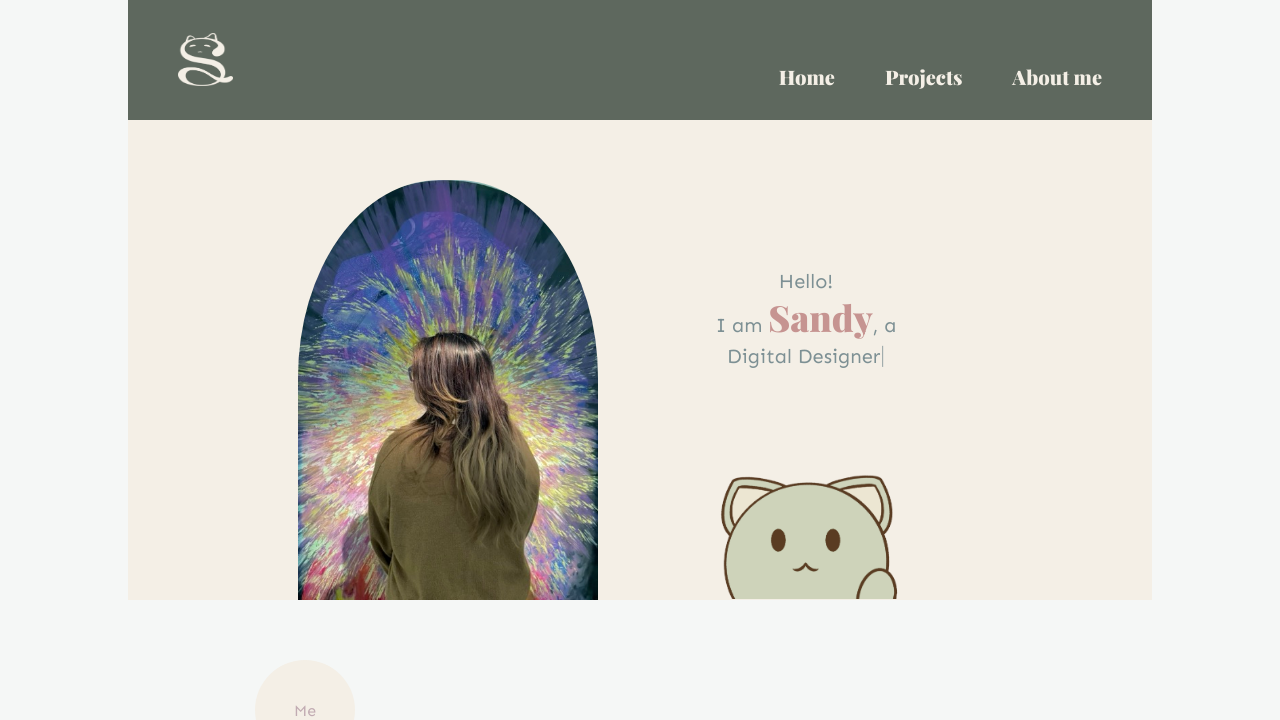
Repository: SandyLy453/portfolio
Page: /
The author's editor kept a copy of each file at every save. The page is drawn from the files as they stood at one save, then again after the next save.
The browser window is 1280 px wide. The pictures show the whole page.
Pictures or frames that could not be fetched are drawn as grey boxes. An inner scrolling area shows only its first screen. The project was rebuilt for these pictures with package versions that can differ from the ones it lists, and the page was loaded fresh each time. The framework's server and built-in components were replaced by stand-ins that run in the browser. Also part of the build but not shown: next.config.mjs, modules/Footer/Footer.module.css, modules/Footer/Footer.js, modules/ProjectCard/ProjectCard.module.css, modules/ProjectCard/Projectcard.js.

Above is the page before, as saved 2025-02-13 18:18:24.

### pages/_app.js
import { useEffect } from "react";
import { useRouter } from "next/router";
import { Playfair_Display, Sen } from 'next/font/google';
import '../styles/globals.css';

const playfairDisplay = Playfair_Display({
  weight: ['400', '900'],
  style: ['normal', 'italic'],
  subsets: ['latin'],
});

const sen = Sen({
  weight: ['400', '700', '800'],
  subsets: ['latin'],
});

export default function App({ Component, pageProps }) {

  const router = useRouter();

  useEffect(() => {
    const handleRouteChangeComplete = (url) => {
        if (url.startsWith("/projects")) {
            window.location.reload();
        } else if (url.startsWith("/project")) {
          window.location.reload();
        }
    };

    router.events.on("routeChangeComplete", handleRouteChangeComplete);

    return () => {
        router.events.off("routeChangeComplete", handleRouteChangeComplete);
    };
}, [router]);


  return (
    <main className={`${playfairDisplay.className} ${sen.className}`}>
      <Component {...pageProps} />
    </main>
  )
}

### pages/_document.js
import { Html, Head, Main, NextScript } from "next/document";


export default function Document() {
  return (
    <Html lang="en">
      <Head>
        <title>San San's Tea Room</title>
        <link rel="icon" href="/favicon.ico" />

        <link rel="preconnect" href="https://fonts.googleapis.com" />
        <link rel="preconnect" href="https://fonts.gstatic.com" crossorigin="anonymous" />
        <link
          href="https://fonts.googleapis.com/css2?family=Playfair+Display:wght@400;900&family=Sen:wght@400;700;800&display=swap"
          rel="stylesheet"
        />
      </Head>
      <body>
        <Main />
        <NextScript />
      </body>
    </Html>
  );
}

### pages/index.js
import Image from "next/image";
import Link from "next/link";
import styles from "@/styles/Home.module.css";
import { useState, useEffect } from "react";
import Header from "@/modules/Header/Header";
import Footer from "@/modules/Footer/Footer";
import ProjectCard from "@/modules/ProjectCard/Projectcard";
import ShowCase from "@/modules/ShowCase/ShowCase";

export default function Home() {

  const projects = [
    {
      photos: ["/aether-cover.png"],
      alt: "Aether cover",
      title: "Aether",
      description: "Case Study - A AI-powered form-filling app",
      date: "September 2024 - December 2024",
      link: "/projects/Aether",
    },
    {
      photos: ["/post1.png", "/post2.png", "/post3.png"],
      alt: "Poster slides show",
      title: "Poster design",
      description:
        "Product design - Series of posters based on the anime/ manga Detective Conan.",
      date: "December 2024",
      link: "/projects/Poster",
    },
    {
      photos: ["/can1.png", "/can2.png", "/can3.png"],
      alt: "Can design slide show",
      title: "DiLo Tea Can",
      description: "Product design - Tea Can",
      date: "November 2024",
      link: "/projects/CanDesign",
    },
    {
      photos: ["/mockup2.png"],
      alt: "Magazine cover",
      title: "Magazine",
      description: "Magazine design - An architectural magazine",
      date: "November 2024",
      link: "/projects/Magazine",
    },
    {
      photos: ["/clotho.png"],
      alt: "Clotho app",
      title: "Clotho",
      description: "Clotho - A closet organize app",
      date: "March 2024 - May 2024",
      link: "/projects/Clotho",
    },
    {
      photos: ["/cam.png"],
      alt: "Camera vector graphic",
      title: "Mechanical Object Vector Graphic",
      description: "Using vector to draw mechanical objects",
      date: "December 2023",
      link: "/projects/MechanicalObject",
    },
  ];

  const [visibleProjects, setVisibleProjects] = useState(6);

  const roles = ["UX/UI Designer", "Digital Designer", "Web Developer"];
  const [text, setText] = useState("");
  const [index, setIndex] = useState(0);
  const [charIndex, setCharIndex] = useState(0);
  const [deleting, setDeleting] = useState(false);

  useEffect(() => {
    const currentRole = roles[index];

    let timeout;

    if (deleting) {
      timeout = setTimeout(() => {
        setText(currentRole.substring(0, charIndex - 1));
        setCharIndex((prev) => prev - 1);
      }, 50);
    } else {
      timeout = setTimeout(() => {
        setText(currentRole.substring(0, charIndex + 1));
        setCharIndex((prev) => prev + 1);
      }, 100);
    }

    if (!deleting && charIndex === currentRole.length) {
      setTimeout(() => setDeleting(true), 1000);
    } else if (deleting && charIndex === 0) {
      setDeleting(false);
      setIndex((prevIndex) => (prevIndex + 1) % roles.length);
    }

    return () => clearTimeout(timeout);
  }, [charIndex, deleting, index, roles]);

  return (
    <>
      <Header/>

      <main className={styles.main}>
        <div className={styles.top}>
          <div className={styles.image}>
            <Image src={'/cover.jpeg'} alt="cover photo" className={styles.coverPhoto} width={300} height={420} />
          </div>

          <div className={styles.info}>
            <p className={styles.role}>Hello!</p>
            <p className={styles.role}>I am <span className={styles.name}>Sandy</span>, a</p>
            <p className={styles.role}>
              {text}
              <span className={styles.cursor}>|</span>
            </p>
            <Image src={'/hi.GIF'} alt="greeting gif" className={styles.gif} width={294} height={129} />
          </div>
        </div>

        <ShowCase/>

        <div className={styles.sectionBreaker}>
          <span> Contact </span>
        </div>

        <div className={styles.bottom}>

        </div>


        <br/>

      </main>
    </>
  );
}

### styles/globals.css
:root {
  --mauveMorn: #ecd6d6;
  --mauveShadow: #B59BA6;
  --moss: #5E7975;
  --brightWhite: #f5f7f6;
  --white: #fff;

  --spaBlue: #D3DEDF;
  --forest: #5E685E;
  --midnight: #3D4D55;
  --stormCloud: #676767;
  --cream: #f4EFE6;
  --cloud: #FEFCF6;
}

html,
body {
  padding: 0;
  margin: 0;
  background-color: #f5f7f6;
  width: 100vw;
  height: 100vh;
  overflow-x: hidden;
  scroll-behavior: auto;

  font-family: "Playfair Display", serif;
  font-optical-sizing: auto;
  color: var(--stormCloud);
  cursor: url('/hehe.webp') 16 16, auto;
}

header {
  margin: 0;
  padding: 0;
  box-sizing: border-box;
}

* {
  margin: 0;
  padding: 0;
  box-sizing: border-box; /* Reset styles for all elements */
}

h1, h2, h3, h4, h5, span {
  font-family: "Playfair Display", serif;
}

a, button {
  cursor: url('/haha.webp') 16 16, pointer;
}

### styles/Home.module.css
.page {
  margin: 0;
  padding: 0;
}

.main {
  min-height: 100vh;
  width: 70vw;
  margin: auto;
  margin-top: 0;
  margin-top: 120px;
}

.top {
  width: 100%;
  min-height: 480px;
  background-color: var(--cream);
  align-items: center;
  display: flex;
  flex-direction: row;
  padding: 0;
  flex-wrap: wrap;
  justify-content: center;
}

.coverPhoto {
  border-radius: 47% 47% 0 0;
  margin: 0 6rem;
  position: relative;
  bottom: -30px;
}

.info {
  text-align: center;
  margin-top: 100px;
  width: 30vw;
}

.name {
  font-size: 54px;
  color: #C69491;
  font-weight: 600;
  font-family: "Playfair Display", serif;
}

.role {
  font-size: 44px;
  color: #7D9094;
  font-weight: 500;
}

.loca {
  font-size: 20px;
  color: #7D9094;
  padding-top: 10px;
}

.gif {
  position: relative;
  bottom: -36px;
}


.sectionBreaker {
  display: flex;
  align-items: center;
  justify-content: center;
  margin: 40px 0;
  position: relative;
}

.sectionBreaker::before,
.sectionBreaker::after {
  content: "";
  flex: 1;
  height: 2px;
  background: #d3d3d3;
  margin: 0;
}

.sectionBreaker span {
  color: #7D9094;
  margin: 0 10px;
  font-size: 20px;
  font-style: italic;
}

.pjSection {
  display: flex;
  flex-direction: row;
  flex-wrap: wrap;
  justify-content:space-between;
  align-items: flex-start;
  margin: 0 auto;
  margin-bottom: 50px;
  gap: 1rem;
  max-width: 1350px;
}




@media screen and (max-width: 1460px) {
  .pjSection {
    gap: 20px;
  }

  .main {
    width: 80vw;
  }

  .coverPhoto {
    margin: 0 1rem;
    bottom: -32px;
  }

  .info {
    margin-top: 50px;
  }

  .gif {
    bottom: -6.4rem;
  }

  .name {
    font-size: 36px;
  }

  .role {
    font-size: 20px;
  }

  .loca {
    font-size: 18px;
  }

  .pjSection {
    gap: 15px;
    justify-content: center;
  }
}



@media screen and (max-width: 768px) {
  .main {
    width: 100vw;
  }

  .coverPhoto {
    margin: 0 auto;
    bottom: -20px;
    width: 70vw;
    height: auto;
  }

  .info {
    margin-top: 50px;
    width: 90vw;
  }

  .name {
    font-size: 36px;
  }

  .role {
    font-size: 20px;
  }

  .loca {
    font-size: 18px;
  }

  .pjSection {
    gap: 15px;
    justify-content: center;
  }

  .gif {
    position: relative;
    bottom: -4px;
    margin-top: 10px;
  }
}

### modules/Header/Header.js
import Image from "next/image";
import Link from "next/link";
import styles from './Header.module.css'
import { useRef } from "react";

export default function Header () {
    const audioRef = useRef(null);

    const playSound = () => {
        if (audioRef.current) {
            audioRef.current.currentTime = 0;
            audioRef.current.play().catch(error => console.log("Audio playback error:", error));
        }
    };

    return (
        <header className={styles.header}>
            <div className={styles.logo}>
                <Link href={'/'}>
                    <Image
                        src={'/logo.png'}
                        alt="logo"
                        className={styles.logo}
                        width={55}
                        height={53}
                        onMouseEnter={playSound}
                    />
                </Link>
            </div>

            <div className={styles.menu}>
                <p className={styles.menuOption}><Link href={'/'} className={styles.link}>Home</Link></p>
                <p className={styles.menuOption}><Link href={'/project'} className={styles.link}>Projects</Link></p>
                <p className={styles.menuOption}><Link href={'/about'} className={styles.link}>About me</Link></p>
            </div>

            <audio ref={audioRef} src="/cat.wav" preload="auto"></audio>
        </header>
    )
}

### modules/ShowCase/ShowCase.js
import Image from "next/image";
import { useState, useEffect, useRef } from "react";
import styles from './ShowCase.module.css';
import Link from "next/link";

export default function ShowCase() {
    const tags = ["Me", "UX/UI", "Graphic", "Other"];
    const images = {
        "Me": "/card-holder.png",
        "UX/UI": "/ava.png",
        "Graphic": "/card-holder.png",
        "Other": "/ava.png",
    };

    const [activeTag, setActiveTag] = useState(tags[0]);
    const [isFading, setIsFading] = useState(false);
    const [isPaused, setIsPaused] = useState(false);
    const intervalRef = useRef(null);

    const startLoop = () => {
        clearInterval(intervalRef.current);
        intervalRef.current = setInterval(() => {
            setIsFading(true);
            setTimeout(() => {
                setActiveTag((prevTag) => {
                    const currentIndex = tags.indexOf(prevTag);
                    return tags[(currentIndex + 1) % tags.length];
                });
                setIsFading(false);
            }, 1000);
        }, 4000);
    };

    useEffect(() => {
        if (!isPaused) startLoop();
        return () => clearInterval(intervalRef.current);
    }, [isPaused]);

    useEffect(() => {
        startLoop();
        return () => clearInterval(intervalRef.current);
    }, []);

    const handlePause = (tag) => {
        clearInterval(intervalRef.current);
        setIsPaused(true);
        setActiveTag(tag);
        setIsFading(false);
    };

    const handleResume = () => {
        setIsPaused(false);
    };

    return (
        <div className={styles.container}>
            <div className={styles.tagBox}>
                {tags.map((tag) => (
                    <div
                        key={tag}
                        className={`${styles.tag} ${activeTag === tag ? styles.active : ""}`}
                        onMouseEnter={() => handlePause(tag)}
                        onMouseLeave={handleResume}
                        onTouchStart={() => handlePause(tag)}
                        onTouchEnd={handleResume}
                    >
                        <p>{tag}</p>
                    </div>
                ))}
            </div>

            <div className={styles.right}>
                <div className={styles.photoBox}>
                    <Image
                        key={activeTag}
                        src={images[activeTag]}
                        alt={activeTag}
                        width={600}
                        height={460}
                        className={`${styles.photo} ${isFading ? styles.fadeOut : styles.fadeIn}`}
                    />
                </div>

                <div className={styles.loadMoreContainer}>
                    <Link
                        href="/project"
                        className={styles.loadMoreButton}
                        scroll={true}
                    >
                        <button className={styles.loadMoreButton}>
                            More Projects
                        </button>
                    </Link>
                </div>
            </div>

        </div>
    );
}

### modules/Header/Header.module.css
.header {
    margin:0;
    margin-left: auto;
    margin-right: auto;
    width: 70vw;
    height: 120px;
    background-color: var(--forest);
    padding: 20px 50px ;
    padding-bottom: 30px;

    display: flex;
    flex-direction: row;
    justify-content: space-between;
    align-items: flex-end;
    position: fixed;
    right: 15vw;
    top: 0;
    z-index: 999;
}

.menu {
    display: flex;
    flex-direction: row;
    gap: 50px;
}

.menuOption {
    font-size: 20px;
    font-weight: 600;
}

.link {
    text-decoration: none;
    color: var(--cream);
    font-family: "Playfair Display", serif;
}

.link:hover {
    color: var(--midnight);
}


@media screen and (max-width: 1460px) {
    .header {
        width: 80vw;
        right: 10vw;
    }
}

@media screen and (max-width: 768px) {
    .header {
        width: 100vw;
        right: 0;
    }
}

### modules/ShowCase/ShowCase.module.css
.container {
    margin: auto;
    margin-top: 50px;
    display: flex;
    flex-direction: row;
    justify-content: center;
    align-items: center;
    gap: 30px;
}

.tagBox {
    display: flex;
    justify-content: center;
    align-items: center;
    flex-direction: column;
}

.tag, .active {
    width: 100px;
    height: 100px;
    background-color: var(--cream);
    border-radius: 50%;
    display: flex;
    justify-content: center;
    align-items: center;
    margin: 10px;
    cursor: url('/haha.webp') 16 16, pointer;
    transition: background-color 0.3s ease-in-out, transform 0.2s ease-in-out;
}

.tag:hover, .active {
    background-color: var(--forest);
    transform: scale(1.05);
}

.tag p, .active p {
    color: var(--mauveShadow);
    opacity: 80%;
}

.tag:hover p, .active p {
    color: var(--mauveMorn);
    opacity: 100%;
}

.photoBox {
    width: 50vw;
    max-width: 1000px;
    aspect-ratio: 20 / 9;
    position: relative;
    display: flex;
    align-items: center;
    justify-content: center;
    overflow: hidden;
}

.photo {
    width: 100%;
    height: 100%;
    border-radius: 20px;
    object-fit: cover;
    position: absolute;
    transition: opacity 0.5s ease-in-out;
}


.fadeIn {
    opacity: 1;
}

.fadeOut {
    opacity: 0;
}

After the next save:
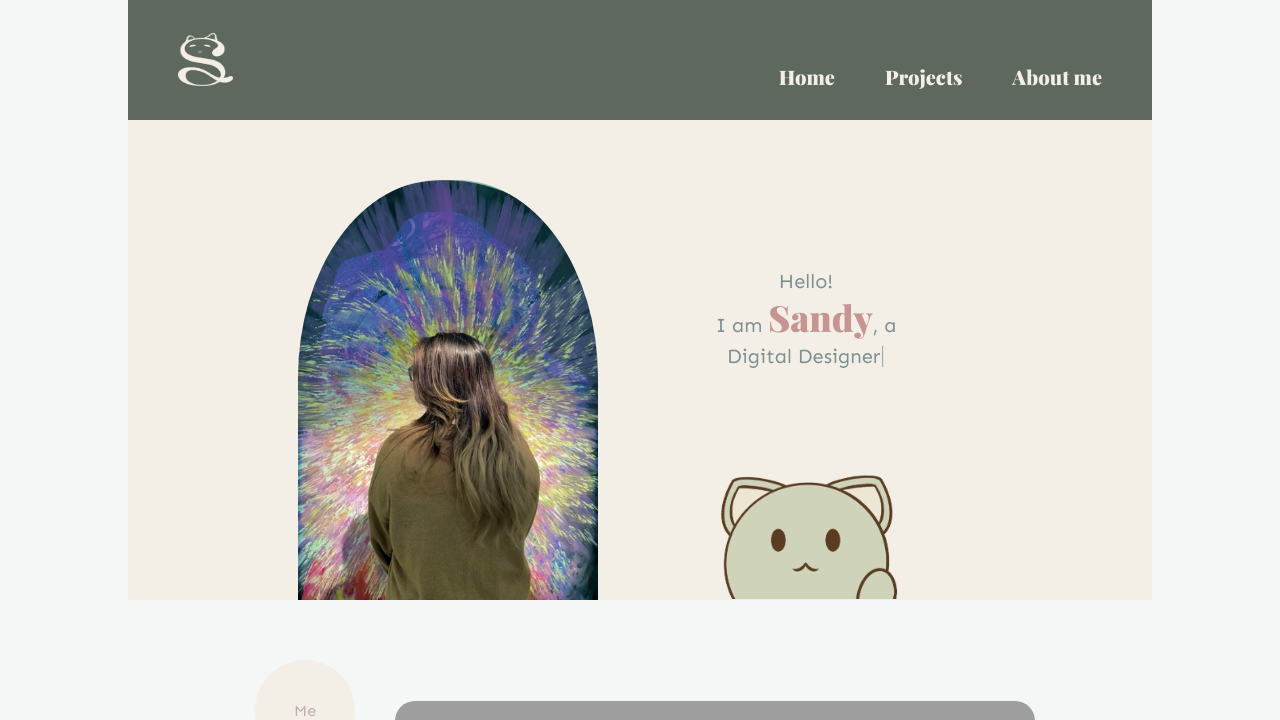
Saved 7 s later.
--- a/modules/ShowCase/ShowCase.module.css
+++ b/modules/ShowCase/ShowCase.module.css
@@ -63,7 +63,6 @@
     transition: opacity 0.5s ease-in-out;
 }
 
-
 .fadeIn {
     opacity: 1;
 }
@@ -71,3 +70,27 @@
 .fadeOut {
     opacity: 0;
 }
+
+.loadMoreContainer {
+    display: flex;
+    flex-direction: column;
+    justify-content: center;
+    align-items: center;
+  }
+
+  .loadMoreButton {
+    height: 40px;
+    width: 150px;
+    background-color: var(--cream);
+    color: var(--forest);
+    border: 1px solid var(--forest);
+    font-size: 18px;
+    align-items: center;
+    border-radius: 10px;
+    margin-bottom: 50px;
+  }
+
+  .loadMoreButton:hover {
+    background-color: var(--forest);
+    color: var(--cream);
+  }
